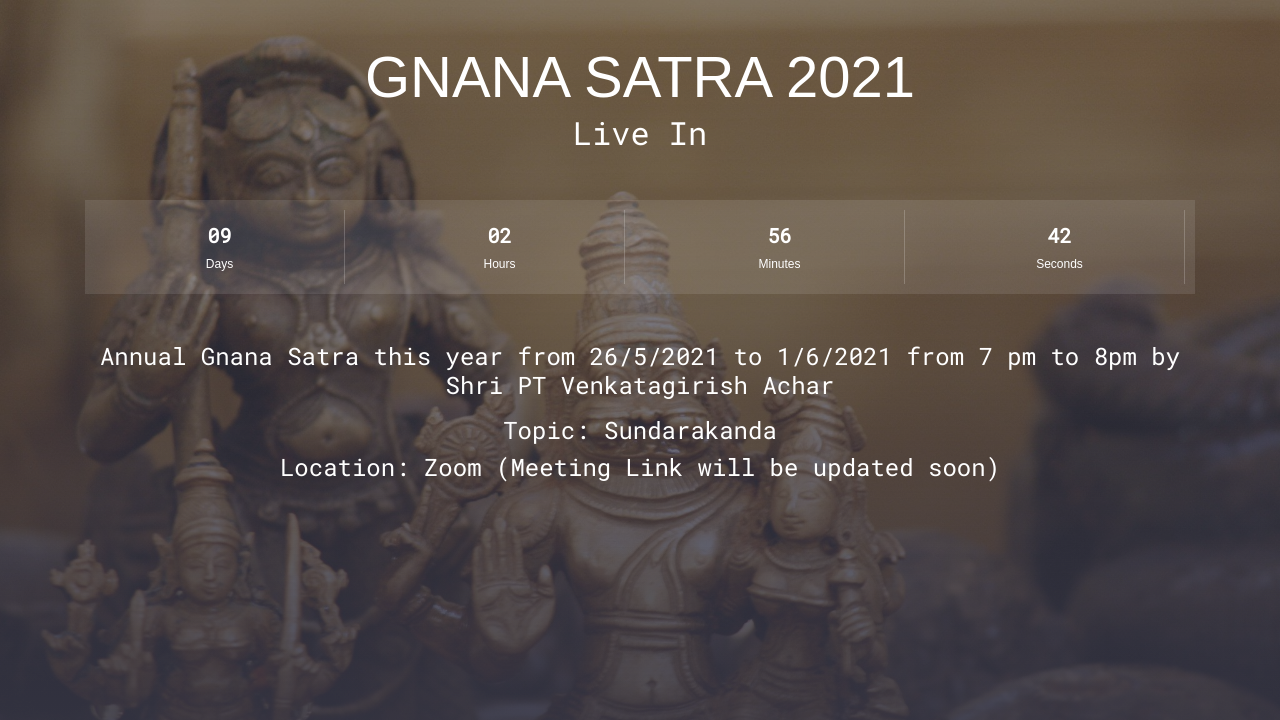
Repository: anirudhbichal/gs
Page: /
The author's editor kept a copy of each file at every save. The page is drawn from the files as they stood at one save, then again after the next save.
The browser window is 1280 px wide. The pictures show the whole page.
Some web fonts or font styles are not loaded; a fallback is used. The project was rebuilt for these pictures with package versions that can differ from the ones it lists, and the page was loaded fresh each time.

Above is the page before, as saved 2021-05-17 19:07:02.

### public/index.html
<!DOCTYPE html>
<html lang="en">
  <head>
    <meta charset="utf-8" />
    <meta name="viewport" content="width=device-width, initial-scale=1" />
    <meta name="theme-color" content="#000000" />
    <meta
      name="description"
      content="Gnana Satra website"
    />
    <link rel="apple-touch-icon" href="%PUBLIC_URL%/logo192.png" />
    <!--
      manifest.json provides metadata used when your web app is installed on a
      user's mobile device or desktop. See https://developers.google.com/web/fundamentals/web-app-manifest/
    -->
    <link rel="manifest" href="%PUBLIC_URL%/manifest.json" />
    <!--
      Notice the use of %PUBLIC_URL% in the tags above.
      It will be replaced with the URL of the `public` folder during the build.
      Only files inside the `public` folder can be referenced from the HTML.

      Unlike "/favicon.ico" or "favicon.ico", "%PUBLIC_URL%/favicon.ico" will
      work correctly both with client-side routing and a non-root public URL.
      Learn how to configure a non-root public URL by running `npm run build`.
    -->
    <title>Gnana Satra</title>
  </head>
  <body>
    <noscript>You need to enable JavaScript to run this app.</noscript>
    <div id="root"></div>
    <!--
      This HTML file is a template.
      If you open it directly in the browser, you will see an empty page.

      You can add webfonts, meta tags, or analytics to this file.
      The build step will place the bundled scripts into the <body> tag.

      To begin the development, run `npm start` or `yarn start`.
      To create a production bundle, use `npm run build` or `yarn build`.
    -->
  </body>
</html>

### src/App.js
import 'bootstrap/dist/css/bootstrap.min.css';
import './App.css';
import Container from 'react-bootstrap/Container';
import Timer from "./components/countdown/Timer";

function App() {
  return (
    <div className="App">
      <Container className="my-5">
        <h1>
          Gnana Satra 2021
        </h1>
        <h2 className="mb-5">Live In</h2>
        <Timer />
        <h4 className="mt-5 css-typing">
          Annual Gnana Satra this year from 26/5/2021 to 1/6/2021 from 7 pm to 8pm by Shri PT Venkatagirish Achar
        </h4>
        <h4 className="mt-3">
          Topic: Sundarakanda
        </h4>
        <h4>
          Location: Zoom (Meeting Link will be updated soon)
        </h4>
      </Container>
    </div>
  );
}

export default App;

### src/App.css
@import url("https://fonts.googleapis.com/css?family=Roboto+Mono&display=swap");
@import url('https://fonts.cdnfonts.com/css/samarkan');

body {
  color: #fff;
  font-family: "Roboto Mono", sans-serif;
  background-image: url('gs-bg.jpg');
  background-repeat: no-repeat;
  background-size: cover;
  background-position: top top;
  background-attachment: fixed;
  margin: 0;
}

.App {
  position: fixed;
  top: 0;
  left: 0;
  right: 0;
  bottom: 0;
  text-align: center;
  background: rgb(55, 55, 70);
  background: linear-gradient(
    0deg,
    rgba(55, 55, 70, 0.9) 0%,
    rgba(55, 55, 70, 0.7) 50%,
    rgba(55, 55, 70, 0.6) 100%
  );
}

h1 {
  font-family: 'Samarkan', sans-serif;
  font-size: 58px;
  text-transform: uppercase;
  line-height: 1;
}

### src/components/countdown/Timer.js
import React, { Component } from "react";
// import moment from 'moment';
import Container from 'react-bootstrap/Container';
import Row from 'react-bootstrap/Row';
import Col from 'react-bootstrap/Col';
import "./Timer.css";

class CountDown extends Component {
  constructor(props) {
    super(props);
    this.count = this.count.bind(this);
    this.state = {
      days: 0,
      minutes: 0,
      hours: 0,
      secounds: 0,
      time_up: ""
    };
    this.x = null;
    this.deadline = null;
  }
  count() {
    var now = new Date().getTime();
    var t = this.deadline - now;
    var dd = Math.floor(t / (1000 * 60 * 60 * 24));
    var hh = Math.floor((t % (1000 * 60 * 60 * 24)) / (1000 * 60 * 60));
    var mm = Math.floor((t % (1000 * 60 * 60)) / (1000 * 60));
    var ss = Math.floor((t % (1000 * 60)) / 1000);

    var days = dd < 10 ? "0" + dd : dd;
    var hours = hh < 10 ? "0" + hh : hh;
    var minutes = mm < 10 ? "0" + mm : mm;
    var seconds = ss < 10 ? "0" + ss : ss;

    this.setState({ days, minutes, hours, seconds });

    if (t < 0) {
      clearInterval(this.x);
      this.setState({
        days: 0,
        minutes: 0,
        hours: 0,
        seconds: 0,
        time_up: "TIME IS UP"
      });
    }
  }
  componentDidMount() {
    this.deadline = new Date("May 26, 2021 19:00:00").getTime();

    this.x = setInterval(this.count, 1000);
  }

  render() {
    const { days, seconds, hours, minutes } = this.state;
    return (
      <Container id="countdown">
        <Row>
            <Col>
                <div className="box">
                    <p id="day">{days}</p>
                    <span className="text">Days</span>
                </div>
            </Col>
            <Col>
                <div className="box">
                    <p id="hour">{hours}</p>
                    <span className="text">Hours</span>
                </div>
            </Col>
            <Col>
                <div className="box">
                    <p id="minute">{minutes}</p>
                    <span className="text">Minutes</span>
                </div>
            </Col>
            <Col>
                <div className="box">
                    <p id="second">{seconds}</p>
                    <span className="text">Seconds</span>
                </div>
            </Col>
        </Row>
      </Container>
    );
  }
}

export default CountDown;

### src/components/countdown/Timer.css
#countdown {
    padding: 10px;
    background-color: rgba(255, 255, 255, 0.1);
    display: inline-block;
    text-align: center;
    margin: auto;
  }
  #countdown .box {
    padding: 10px;
    border-right: solid 1px rgba(255, 255, 255, 0.2);
  }
  #countdown .col-4:last-child .box {
    border-right-color: transparent;
  }
  #countdown .box p {
    font-size: 20px;
    font-weight: bold;
    margin: 0;
  }
  #countdown .box .text {
    font-size: 12px;
    font-family: sans-serif;
  }

Loaded but not shown: src/index.js (common file); src/index.css (common file); src/reportWebVitals.js (common file)

After the next save:
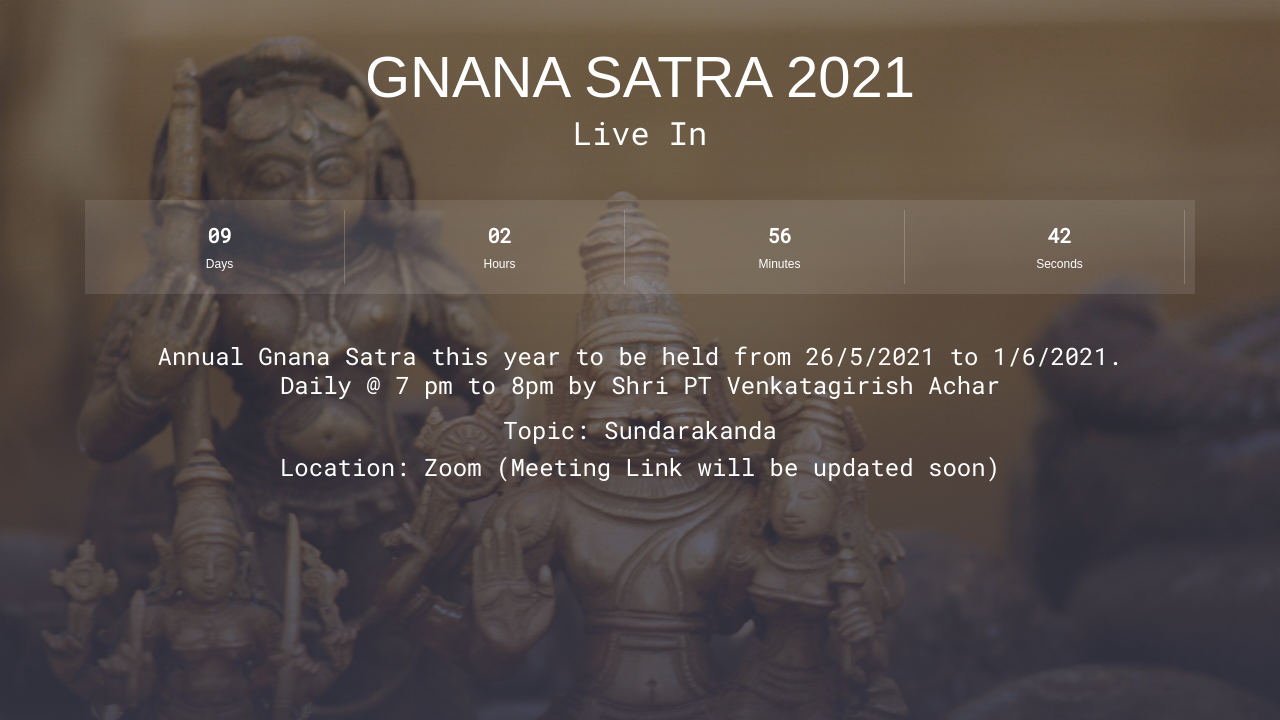
Saved 86 s later.
--- a/src/App.js
+++ b/src/App.js
@@ -13,7 +13,9 @@ function App() {
         <h2 className="mb-5">Live In</h2>
         <Timer />
         <h4 className="mt-5 css-typing">
-          Annual Gnana Satra this year from 26/5/2021 to 1/6/2021 from 7 pm to 8pm by Shri PT Venkatagirish Achar
+          Annual Gnana Satra this year to be held from 26/5/2021 to 1/6/2021.
+          <br />
+          Daily @ 7 pm to 8pm by Shri PT Venkatagirish Achar
         </h4>
         <h4 className="mt-3">
           Topic: Sundarakanda
